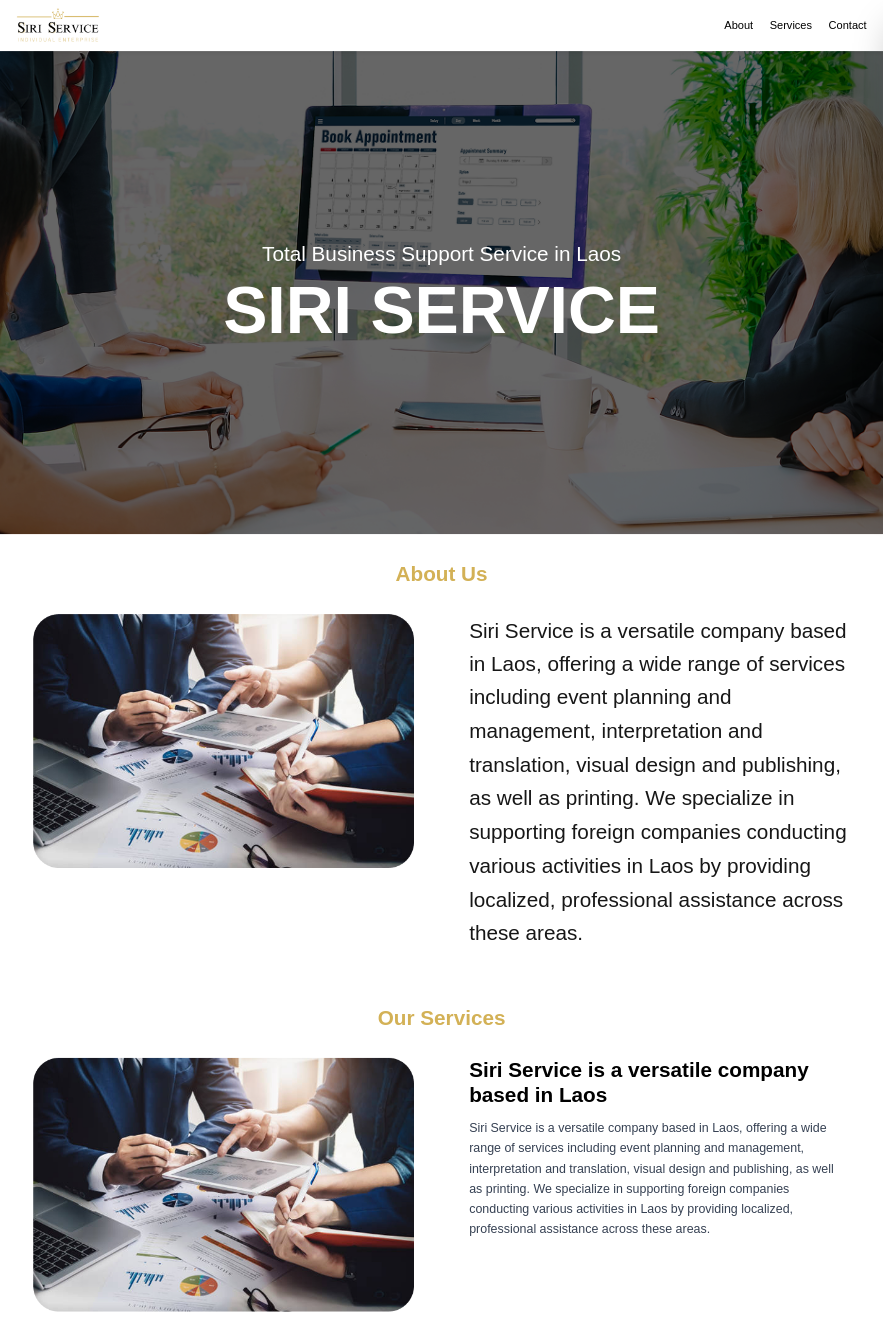
Repository: Phailin-teamplate/siri-service-web
Page: /
An editor plug-in stored every save of this project. The page is shown before and after the next save, followed by the edit.
The browser window is 1280 px wide. The pictures show the whole page, at 69% of full size.
The project was rebuilt for these pictures with package versions that can differ from the ones it lists, and the page was loaded fresh each time. The framework's server and built-in components were replaced by stand-ins that run in the browser. Also part of the build but not shown: next.config.ts.

Above is the page before, as saved 2025-07-02 14:31:11.

After the next save:
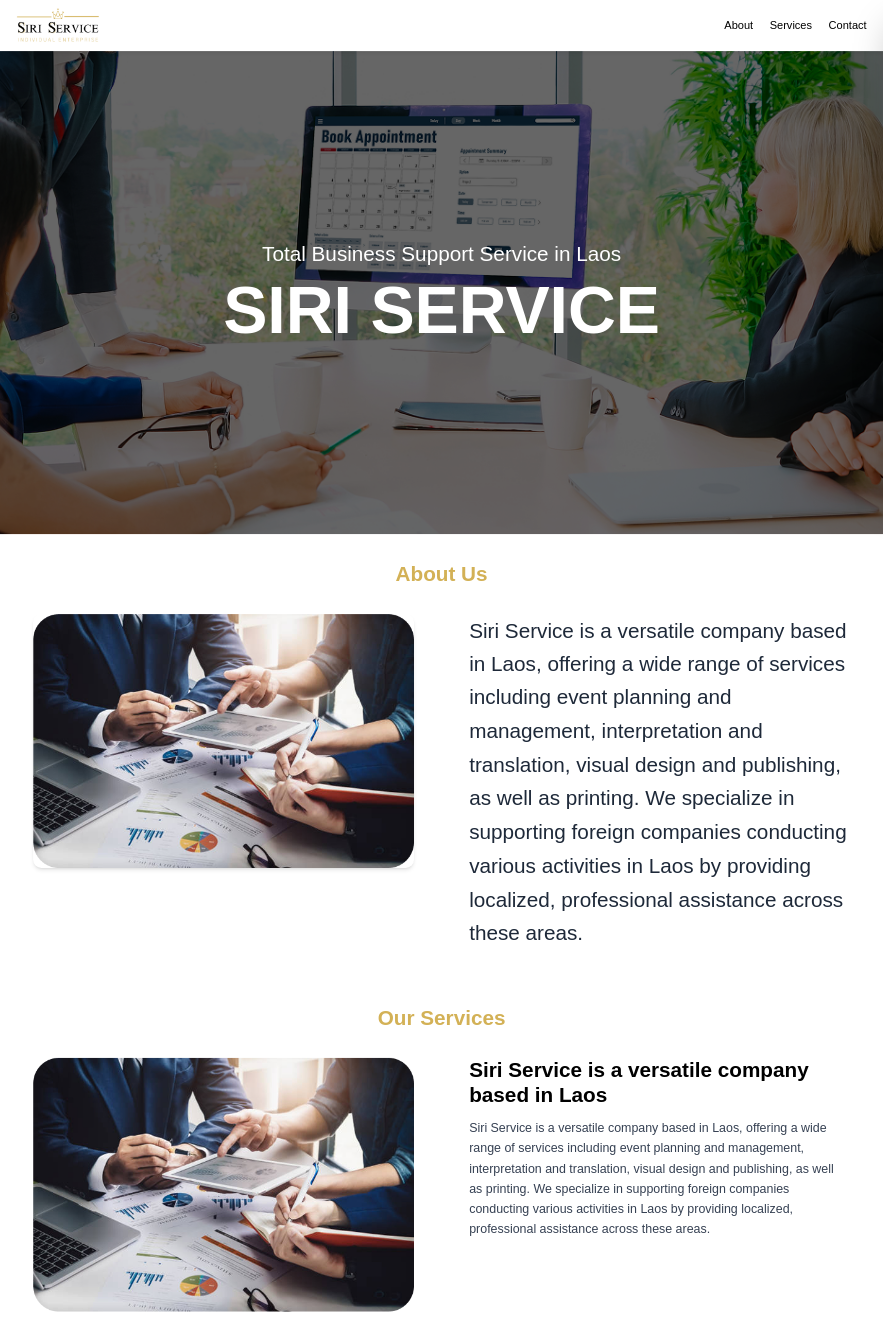
Saved 35 s later.
--- a/src/components/About.tsx
+++ b/src/components/About.tsx
@@ -19,32 +19,33 @@
         </h2>
       </div>
 
-      {/* Content: Image + Text */}
-      <div className="flex flex-col md:flex-row items-start justify-bettween gap-12 md:gap-20">
-        {/* Image */}
-        <div className="w-full max-w-[570px] ">
-          <Image
-            src={AboutSV}
-            alt="About"
-            width={500}
-            height={300}
-            className="object-cover w-full h-auto rounded-xl"
-            priority
-          />
-        </div>
+     {/* Content: Image + Text */}
+<div className="flex flex-col md:flex-row items-start justify-between gap-12 md:gap-20">
+  {/* Image */}
+  <div className="w-full max-w-[570px] rounded-xl overflow-hidden shadow-md">
+    <Image
+      src={AboutSV}
+      alt="About"
+      width={500}
+      height={300}
+      className="object-cover w-full h-auto rounded-xl"
+      priority
+    />
+  </div>
 
-        {/* Text */}
-        <div className="w-full max-w-[720px] text-center md:text-left">
-          <p className="text-3xl md:text-3xl font-medium leading-relaxed">
-            Siri Service is a versatile company based in Laos, offering a wide
-            range of services including event planning and management,
-            interpretation and translation, visual design and publishing, as
-            well as printing. We specialize in supporting foreign companies
-            conducting various activities in Laos by providing localized,
-            professional assistance across these areas.
-          </p>
-        </div>
-      </div>
+  {/* Text */}
+  <div className="w-full max-w-[720px] text-center md:text-left">
+    <p className="text-3xl font-medium leading-relaxed text-gray-800">
+      Siri Service is a versatile company based in Laos, offering a wide
+      range of services including event planning and management,
+      interpretation and translation, visual design and publishing, as
+      well as printing. We specialize in supporting foreign companies
+      conducting various activities in Laos by providing localized,
+      professional assistance across these areas.
+    </p>
+  </div>
+</div>
+
     </div>
   );
 }
